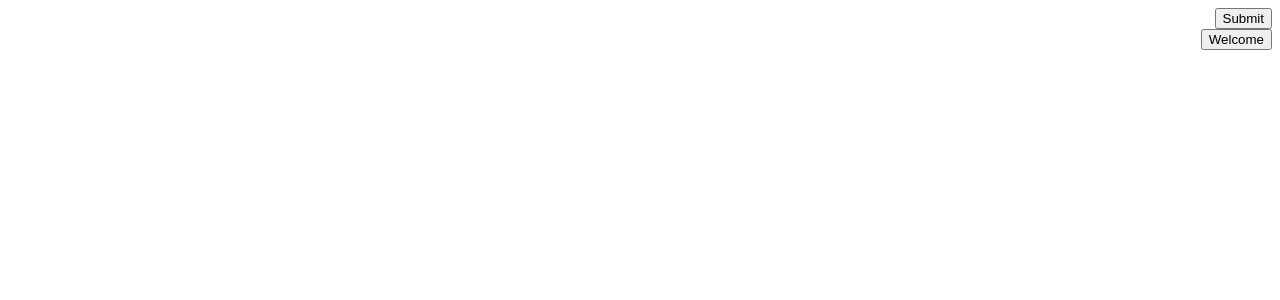
Repository: iuvfag/test
Page: http://localhost/WebProj/
An editor plug-in stored every save of this project. The page is shown before and after the next save, followed by the edit.
The browser window is 1280 px wide. The pictures show the whole page.
The page is served by Tomcat 9. Other server files are loaded and not shown.

Above is the page before, as saved 2018-06-26 08:41:32.

### WebProj/WebContent/index.jsp
<%@ page language="java" contentType="text/html; charset=UTF-8"
    pageEncoding="UTF-8"%>
<%@ taglib prefix="s" uri="/struts-tags" %>
<!DOCTYPE html>
<html>
	<head>
		<meta charset="UTF-8">
		<title>INDEX</title>
	</head>
	<body>

		<form action="HelloStrutsAction">
			<s:submit values="HelloStruts" />
		</form>

		<form action="WelcomeAction">
			<s:submit value="Welcome"/>
		</form>

	</body>
</html>

After the next save:
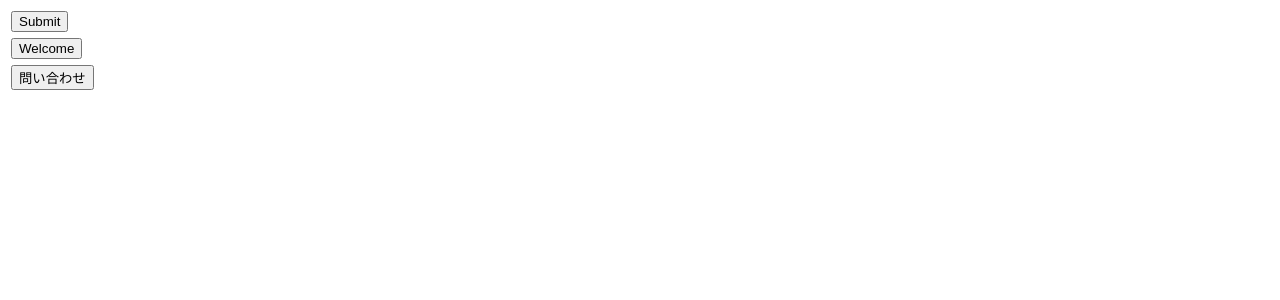
Saved 2 min 8 s later.
--- a/WebProj/WebContent/index.jsp
+++ b/WebProj/WebContent/index.jsp
@@ -9,13 +9,17 @@
 	</head>
 	<body>
 
-		<form action="HelloStrutsAction">
+		<s:form action="HelloStrutsAction">
 			<s:submit values="HelloStruts" />
-		</form>
+		</s:form>
 
-		<form action="WelcomeAction">
+		<s:form action="WelcomeAction">
 			<s:submit value="Welcome"/>
-		</form>
+		</s:form>
+
+		<s:form action="">
+			<s:submit value="問い合わせ"/>
+		</s:form>
 
 	</body>
 </html>
